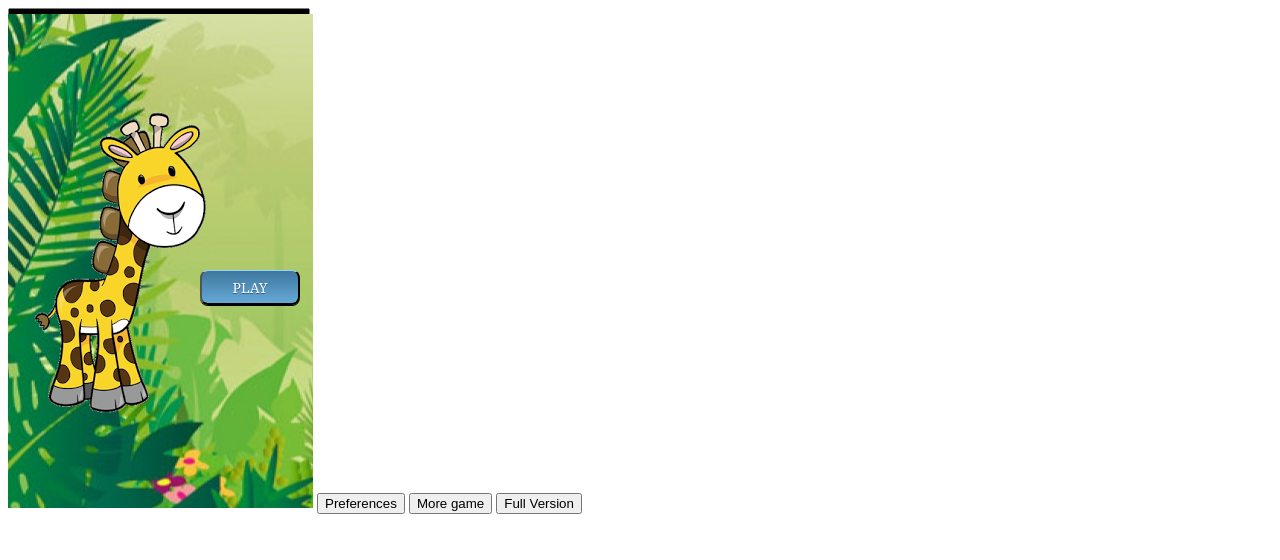
Repository: RathipriyaChandrasekaran/dotlite
Page: ConnectDots/homepage.html
These files come from the project's save history. The page is drawn as it stood at one moment and after the next save; the edit follows.
The browser window is 1280 px wide. The pictures show the whole page.

Above is the page before, as saved 2014-12-13 23:33:47.

After the next save:
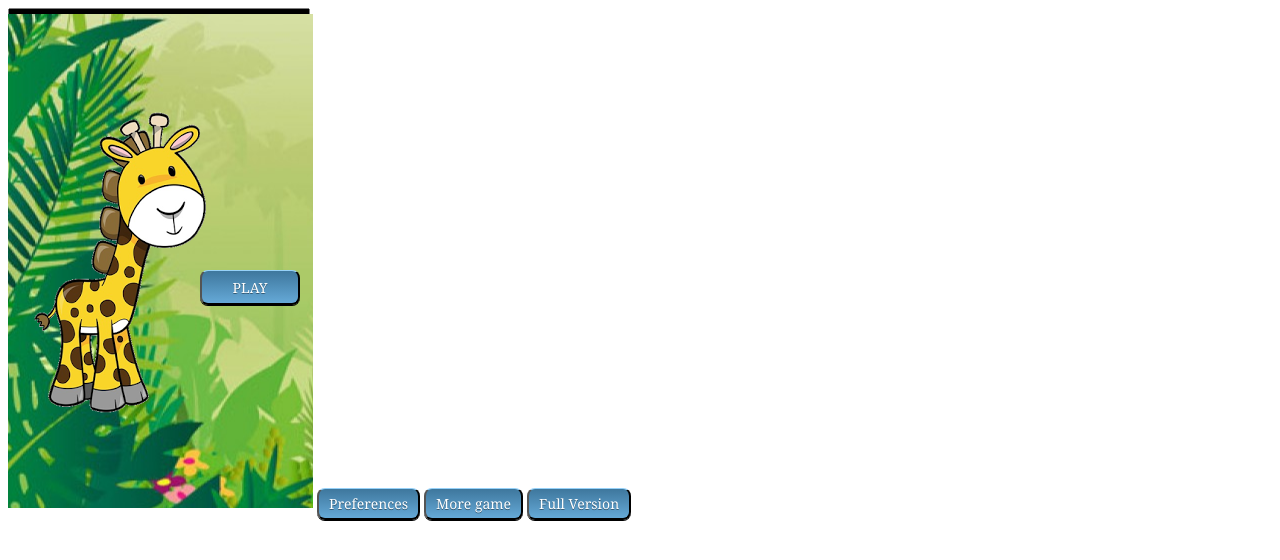
Saved 43 s later.
--- a/ConnectDots/homepage.html
+++ b/ConnectDots/homepage.html
@@ -10,9 +10,9 @@
 
   <canvas id="canvas" width="305px" height="500px"></canvas>
   <button id="play" class="button">PLAY</button>
-  <button id="pref" class="">Preferences </button>
-  <button id="moregame" class=""> More game</button>
-  <button id="fullversion" class="">Full Version</button>
+  <button id="pref" class="smallbutton">Preferences </button>
+  <button id="moregame" class="smallbutton"> More game</button>
+  <button id="fullversion" class="smallbutton">Full Version</button>
    <script>
  var points=new Array();
  var canvas = document.getElementById('canvas');
--- a/ConnectDots/css/appstyle.css
+++ b/ConnectDots/css/appstyle.css
@@ -43,7 +43,7 @@
    border-top-color: #1b435e;
    background: #1b435e;
    }
-   .button {
+   .smallbutton {
    border-top: 1px solid #96d1f8;
    background:#65a9d7;
    background: -webkit-gradient(linear, left top, left bottom, from(#3e779d), to(#65a9d7));
